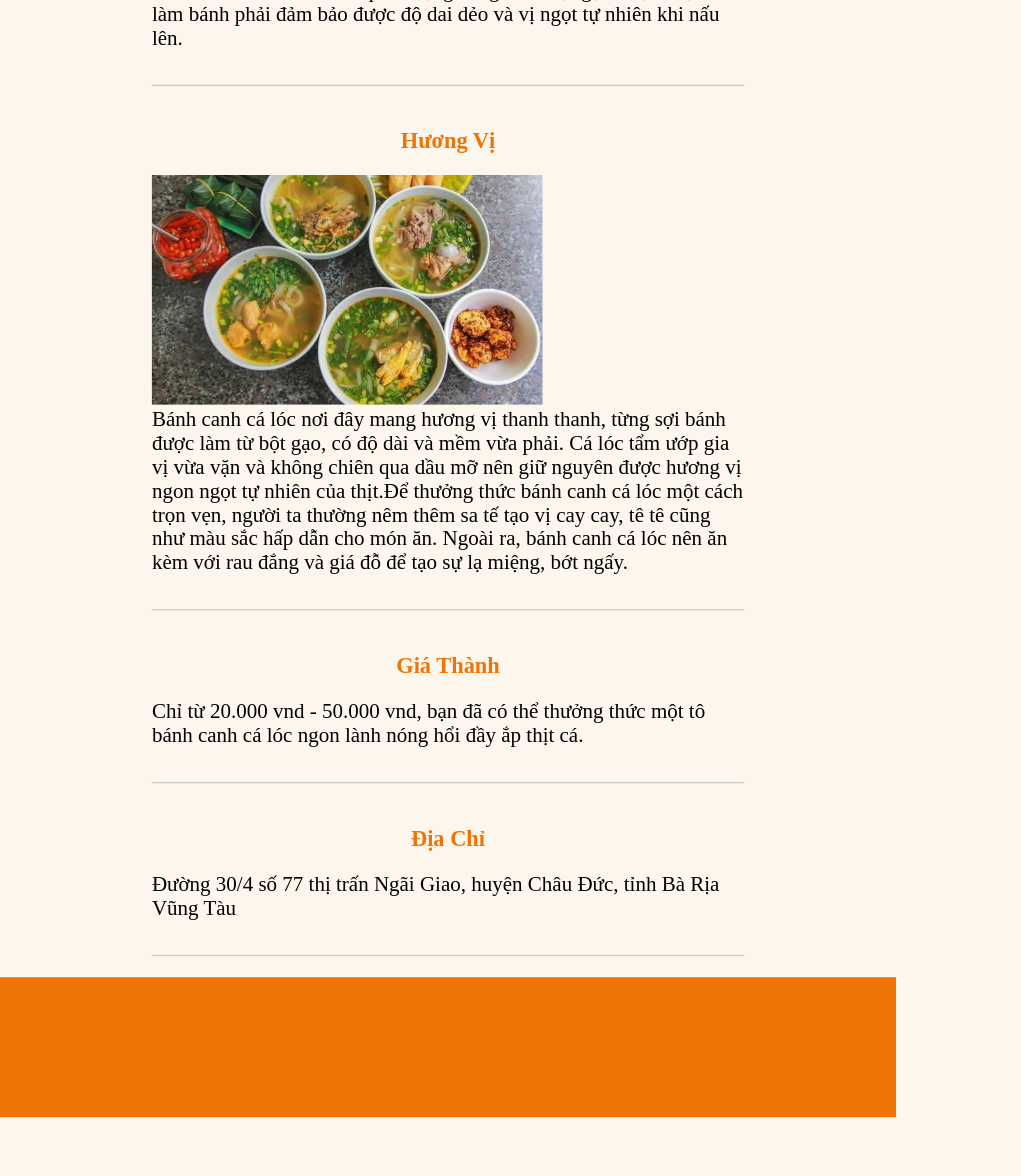
Repository: LeCongTuan2608/AmThuc
Page: public/index.html
An editor plug-in stored every save of this project. The page is shown before and after the next save, followed by the edit.
The browser window is 1280 px wide. The page is 1280 px wide, then 1459 px, so the pictures cover 1459 px, including what lies to the right of the window. The pictures show the part of the page from y = 1190 to 2870 px (the page is 2986 px tall before and 3258 px after), at 70% of full size.
Some web fonts or font styles are not loaded; a fallback is used. The style sheet was rebuilt from its Sass, Less or Tailwind sources for each picture, by a compiler version that may differ from the author's.

Above is the page before, as saved 2022-04-15 12:25:04.

After the next save:
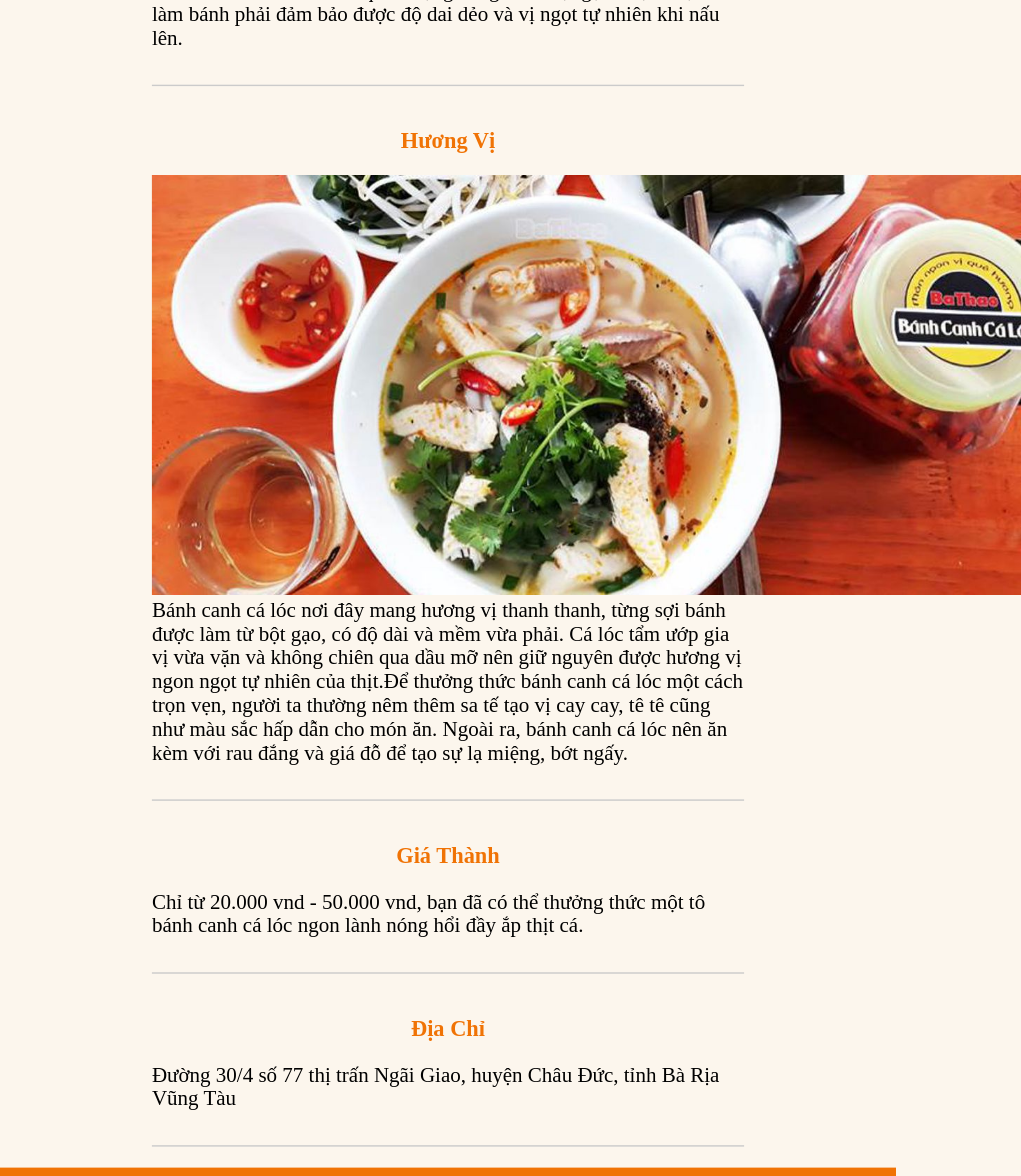
Saved 44 s later.
--- a/public/index.html
+++ b/public/index.html
@@ -49,7 +49,7 @@
                   </div>
                   <div id="taste" class="posts">
                      <h1>Hương Vị</h1>
-                     <img src="../images/anh-6.jpg" alt="" />
+                     <img src="../images/anh-7.jpg" alt="" />
                      <p>
                         Bánh canh cá lóc nơi đây mang hương vị thanh thanh, từng sợi bánh được làm từ bột gạo, có độ dài
                         và mềm vừa phải. Cá lóc tẩm ướp gia vị vừa vặn và không chiên qua dầu mỡ nên giữ nguyên được
